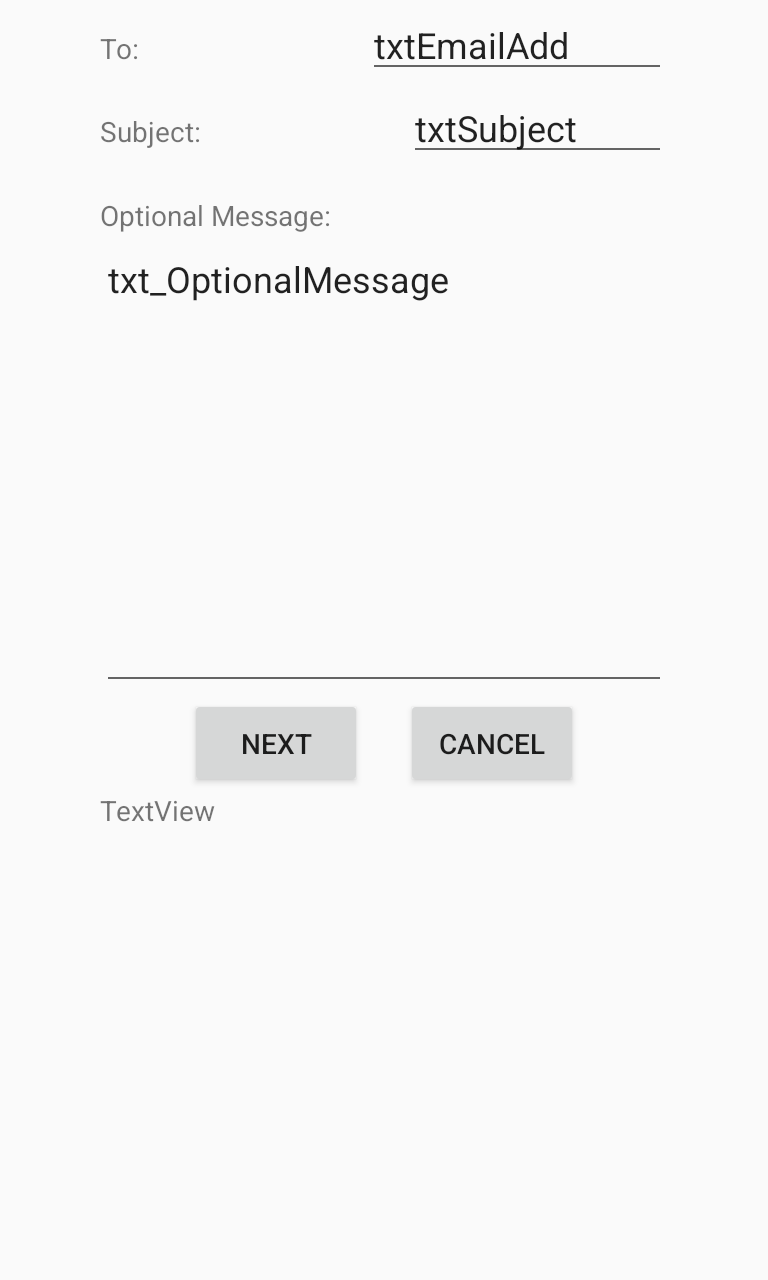
Repository: TeamZhao/Assignment-Tracker
Layout: AssignmentTracker/res/layout/activity_get_email_info.xml
These files come from the project's save history. The layout is drawn as it stood at one moment and after the next save; the edit follows.
It is drawn on a 768 x 1280 px phone screen (xhdpi) without system bars, with theme AppTheme; the app's code is not run.

Above is the layout before, as saved 2014-12-01 02:57:02.

### AssignmentTracker/res/layout/activity_get_email_info.xml
<LinearLayout xmlns:android="http://schemas.android.com/apk/res/android"
    android:layout_width="match_parent"
    android:layout_height="match_parent"
    android:orientation="vertical"
    android:paddingLeft="50dp"
    android:paddingRight="50dp" >

    <LinearLayout
        android:layout_width="match_parent"
        android:layout_height="wrap_content"
        android:orientation="horizontal" >

        <TextView
            android:id="@+id/textView1"
            android:layout_width="wrap_content"
            android:layout_height="wrap_content"
            android:layout_weight="1"
            android:text="@string/to" />

        <EditText
            android:id="@+id/txtEmailAdd"
            android:layout_width="wrap_content"
            android:layout_height="wrap_content"
            android:layout_weight="0.4"
            android:enabled="true"
            android:text="txtEmailAdd" />

    </LinearLayout>

    <LinearLayout
        android:layout_width="match_parent"
        android:layout_height="wrap_content"
        android:orientation="horizontal" >

        <TextView
            android:id="@+id/textView3"
            android:layout_width="wrap_content"
            android:layout_height="wrap_content"
            android:text="@string/subject"
            android:layout_weight="1"/>

        <EditText
            android:id="@+id/txtSubject"
            android:layout_width="wrap_content"
            android:layout_height="wrap_content"
            android:enabled="true"
            android:text="txtSubject"
            android:layout_weight="0.4" />

    </LinearLayout>

    <TextView
        android:id="@+id/textView2"
        android:layout_width="wrap_content"
        android:layout_height="wrap_content"
        android:layout_marginTop="15dp"
        android:text="@string/optionalMessage" />

    <EditText
        android:id="@+id/txt_OptionalMessage"
        android:layout_width="match_parent"
        android:layout_height="wrap_content"
        android:enabled="true"
        android:gravity="center_vertical|top"
        android:inputType="textMultiLine"
        android:lines="10"
        android:text="txt_OptionalMessage" />

    <LinearLayout
        android:layout_width="match_parent"
        android:layout_height="wrap_content"
        android:gravity="center_horizontal"
        android:orientation="horizontal" >

        <Button
            android:id="@+id/btnNext"
            android:layout_width="wrap_content"
            android:layout_height="wrap_content"
            android:layout_marginRight="10dp"
            android:text="@string/next" />

        <Button
            android:id="@+id/btnCancelEmail1"
            android:layout_width="wrap_content"
            android:layout_height="wrap_content"
            android:layout_marginLeft="10dp"
            android:text="@string/cancel" />
    </LinearLayout>

    <TextView
        android:id="@+id/textViewDisplayInfo"
        android:layout_width="wrap_content"
        android:layout_height="wrap_content"
        android:text="TextView" />

</LinearLayout>

### AssignmentTracker/res/values/strings.xml
<?xml version="1.0" encoding="utf-8"?>
<resources>

    <string name="app_name">Assignment Tracker</string>
    <string name="hello_world">Hello world!</string>
    <string name="action_settings">Settings</string>
    <string name="title_activity_add_semester">Add New Semester</string>
    <string name="semesterDetails">Add semester</string>
    <string name="semesterNo">Enter your semester number</string>
    <string name="semesterName">Enter the semester name and other info</string>
    <string name="addSemester">Add</string>
    <string name="cancelSemester">Cancel</string>
    <string name="nameOfSemester">Name</string>
    <string name="semester">Semester</string>
    <string name="title_activity_main">Assignment Tracker</string>
    <string name="instsuction_add">Please press menu button on the upper right corner to add new record.</string>
    <string name="add_semester">Add Semester</string>
    <string name="add_course">Add Course/Project</string>
    <string name="add_assignment">Add Assignment</string>
    <string name="title_activity_add_assignment">Add New Assignment</string>
    <string name="title">Title</string>
    <string name="course">Course</string>
    <string name="due_date">Due Date</string>
    <string name="progress">Progress</string>
    <string name="add">Add</string>
    <string name="cancel">Cancel</string>
    <string name="delete">Delete</string>
    <string name="update">Update</string>
    <string name="emailAss">Send As Email</string>
    <string name="confirm">Confirm</string>
    <string name="title_activity_update_assignment">Update Assignment</string>
    <string name="title_activity_add_course">Add New Course</string>
    <string name="course_code">Course Code</string>
    <string name="professor">Professor</string>
    <string name="course_name">Course Name</string>
    <string name="course_description">Course Description</string>
    <string name="title_activity_show_semesters">Semesters</string>
    <string name="show_semesters">Show All Semesters</string>
    <string name="title_activity_show_courses">Courses</string>
    <string name="show_courses">Show All Courses</string>
    <string name="title_activity_update_course">Update Course</string>
    <string name="title_activity_update_semester">Update Semester</string>
    <string name="Update">Update</string>
    <string name="updateSemester">Update Semester</string>
    <string name="title_activity_splash_screen">Assignment Tracker</string>
    <string name="companyLogo">Company Logo</string>
    <string name="ImA">I am a..</string>
    <string name="teacher">Teacher</string>
    <string name="student">Student</string>
    <string name="title_activity_delete_semester_confirmation">Delete Semester Confirmation</string>
    <string name="title_activity_dev_tools">DevTools</string>
    <string name="devCleanDatabaseText">Clean DB</string>
    <string name="devPopulateDatabase">Populate DB</string>
    <string name="DevPH01">DevPH01</string>
    <string name="DevPH02">DevPH02</string>
    <string name="DevPH03">DevPH03</string>
    <string name="DevPH04">DevPH04</string>
    <string name="DevPH05">DevPH05</string>
    <string name="DevPH06">DevPH06</string>
    <string name="title_activity_add_teacher_course">Add Course</string>
    <string name="title_activity_update_teacher_course">Update Course</string>
    <string name="title_activity_show_teacher_assignments">Assignments</string>
    <string name="show_teacher_assignments">Show All Assignments</string>
    <string name="title_activity_show_course_assignments">Assignments For Selected Course</string>
    <string name="show_progress_report">Assignment Progress Report</string>
    <string name="title_activity_get_email_info">Email Assignment</string>
    <string name="to">To:</string>
    <string name="subject">Subject:</string>
    <string name="optionalMessage">Optional Message:</string>
    <string name="next">Next</string>
    <string name="title_activity_email_content_to_send">Email Assignment</string>
    <string name="progressReportLabel">Progress Report</string>
    <string name="send">Send</string>

</resources>

Loaded but not shown: AssignmentTracker/res/values/styles.xml (common file); AssignmentTracker/res/values-v11/styles.xml (common file); AssignmentTracker/res/values-v14/styles.xml (common file)

After the next save:
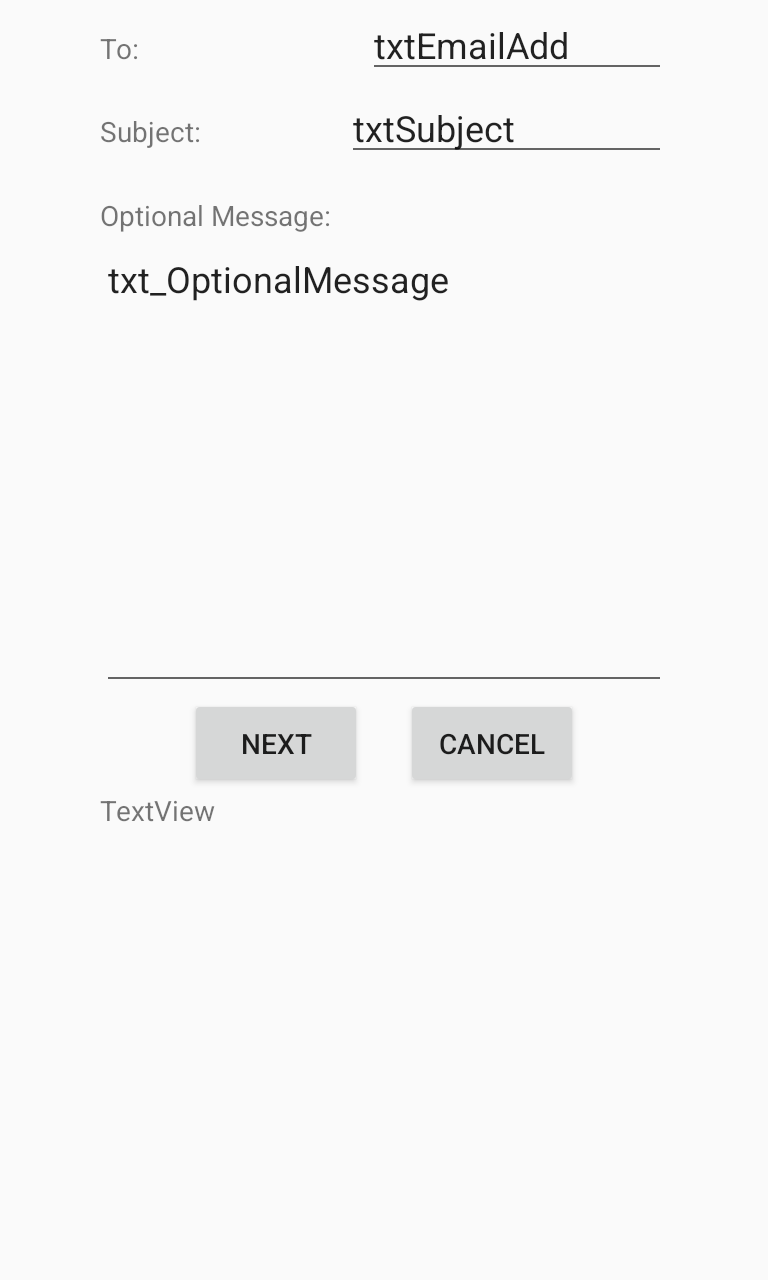
Saved 13 s later.
--- a/AssignmentTracker/res/layout/activity_get_email_info.xml
+++ b/AssignmentTracker/res/layout/activity_get_email_info.xml
@@ -45,7 +45,7 @@
             android:layout_height="wrap_content"
             android:enabled="true"
             android:text="txtSubject"
-            android:layout_weight="0.4" />
+            android:layout_weight="1" />
 
     </LinearLayout>
 
